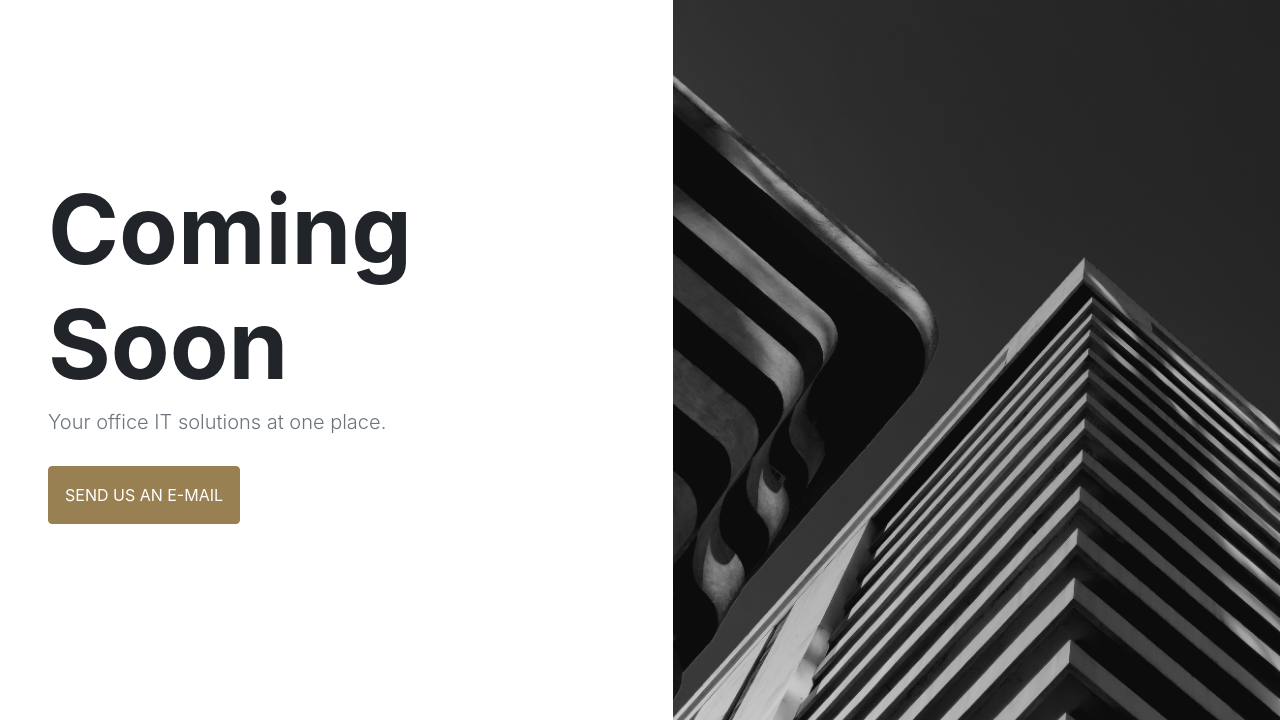
Repository: Thekxgh/website
Page: /
These files come from the project's save history. The page is drawn as it stood at one moment and after the next save; the edit follows.
The browser window is 1280 px wide. The pictures show the whole page.
The project was rebuilt for these pictures with package versions that can differ from the ones it lists, and the page was loaded fresh each time.

Above is the page before, as saved 2021-07-14 10:08:11.

### src/index.scss
$primary: #998053;
$dark: #050507;
$light-primary-bg: #DDDEE7;
$light-primary: #DDDEE7;
$theme-colors: (
    "primary": $primary,
    "info": $light-primary,
    "danger": teal,
    "dark": $dark
);

@import '~bootstrap/scss/bootstrap.scss';

.side-img{
 background: linear-gradient(to right, rgba(0, 0, 0, 0.2), rgba(0, 0, 0, 0.2) ), url('./assets/img/background.jpg') no-repeat;
 background-size: cover;
 min-height: 100vh;
}

### src/App.tsx
import React from 'react';
import { LandingPage } from './presentation/LandingPage';

function App() {
  return (
    <LandingPage />
  );
}

export default App;

### src/presentation/LandingPage.tsx
import { Col, Container, Row } from "react-bootstrap"

export const LandingPage = () => {
    return (
    <Container fluid>
        <Row className="min-vh-100 align-items-center">
            <Col className="p-5">
                <h1 className="display-1 font-weight-bold">Coming Soon</h1>
                <h5 className="text-muted font-weight-light">Your office IT solutions at one place.</h5>
                <a className="btn btn-primary p-3 my-4" href="mailto:contact@thekxgh.com"> SEND US AN E-MAIL </a>
            </Col>
            <Col className="side-img min-vh-100"></Col>
        </Row>
    </Container>
    );
}

Loaded but not shown: public/index.html (common file); src/index.tsx (common file)

After the next save:
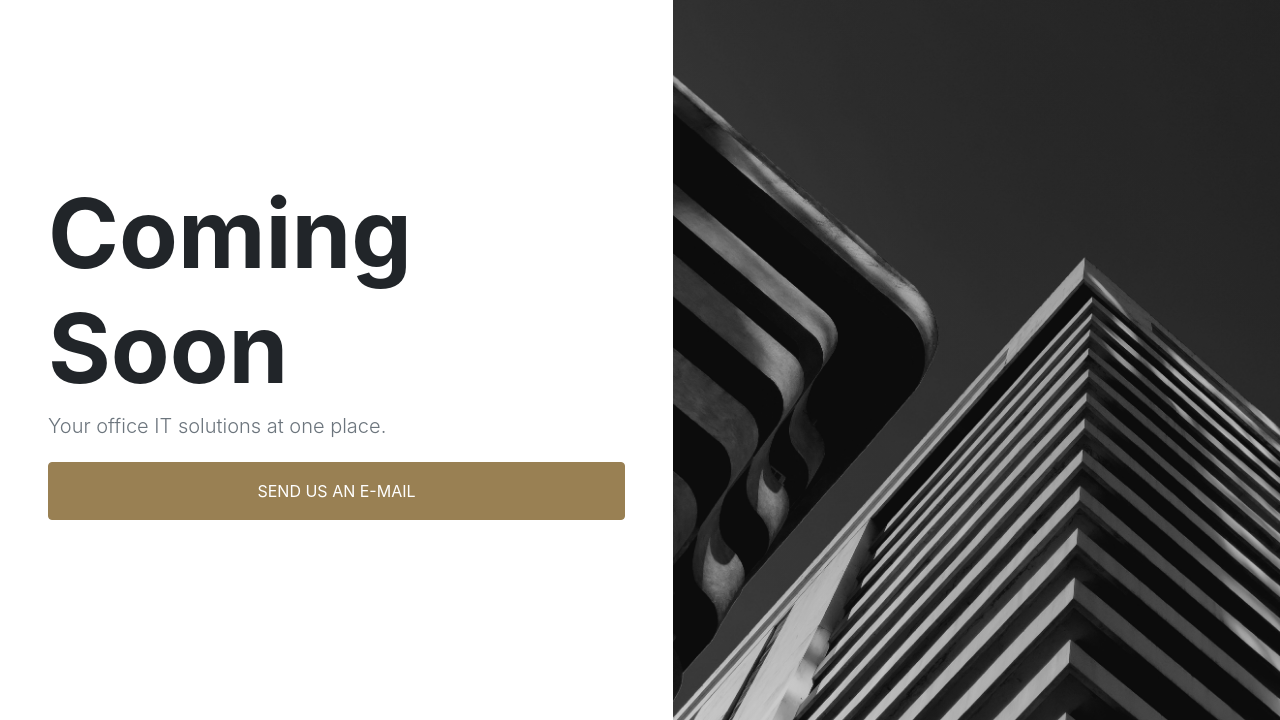
Saved 10 s later.
--- a/src/presentation/LandingPage.tsx
+++ b/src/presentation/LandingPage.tsx
@@ -7,7 +7,7 @@
             <Col className="p-5">
                 <h1 className="display-1 font-weight-bold">Coming Soon</h1>
                 <h5 className="text-muted font-weight-light">Your office IT solutions at one place.</h5>
-                <a className="btn btn-primary p-3 my-4" href="mailto:contact@thekxgh.com"> SEND US AN E-MAIL </a>
+                <a className="btn btn-primary p-3 btn-block my-4" href="mailto:contact@thekxgh.com"> SEND US AN E-MAIL </a>
             </Col>
             <Col className="side-img min-vh-100"></Col>
         </Row>

After the save that followed:
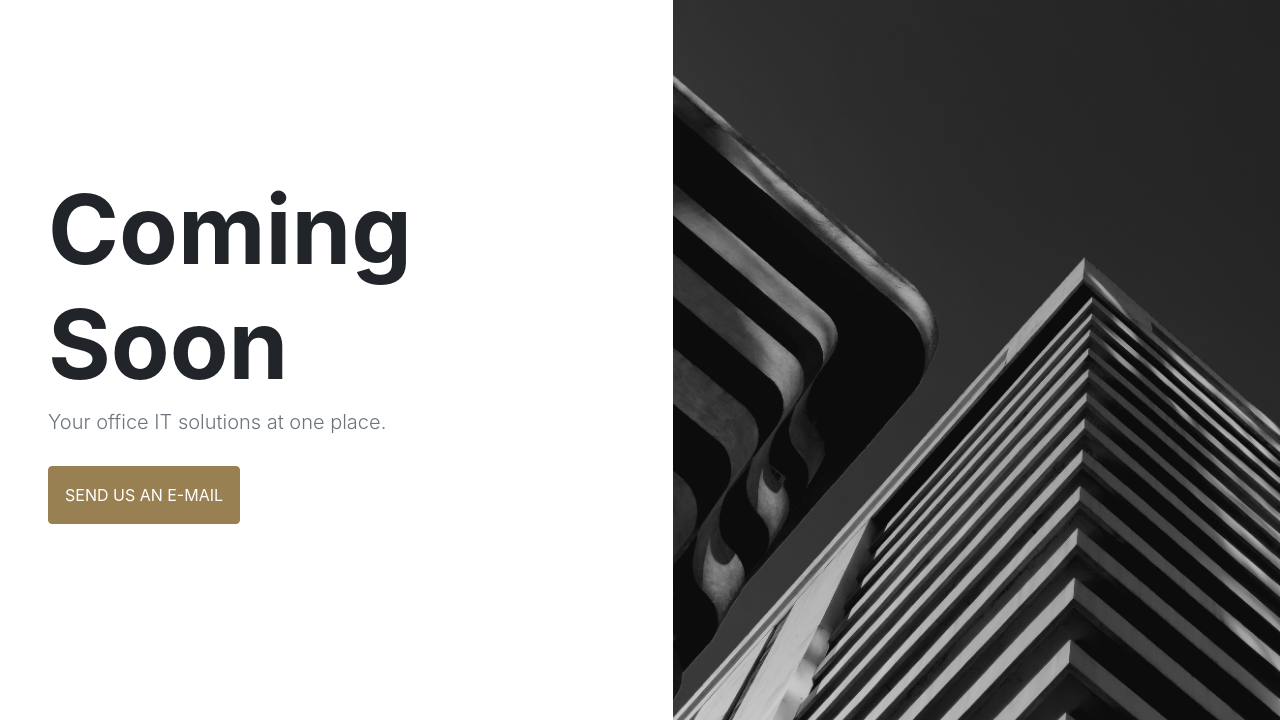
Saved 6 s later.
--- a/src/presentation/LandingPage.tsx
+++ b/src/presentation/LandingPage.tsx
@@ -7,7 +7,7 @@
             <Col className="p-5">
                 <h1 className="display-1 font-weight-bold">Coming Soon</h1>
                 <h5 className="text-muted font-weight-light">Your office IT solutions at one place.</h5>
-                <a className="btn btn-primary p-3 btn-block my-4" href="mailto:contact@thekxgh.com"> SEND US AN E-MAIL </a>
+                <a className="btn btn-primary p-3 my-4" href="mailto:contact@thekxgh.com"> SEND US AN E-MAIL </a>
             </Col>
             <Col className="side-img min-vh-100"></Col>
         </Row>
